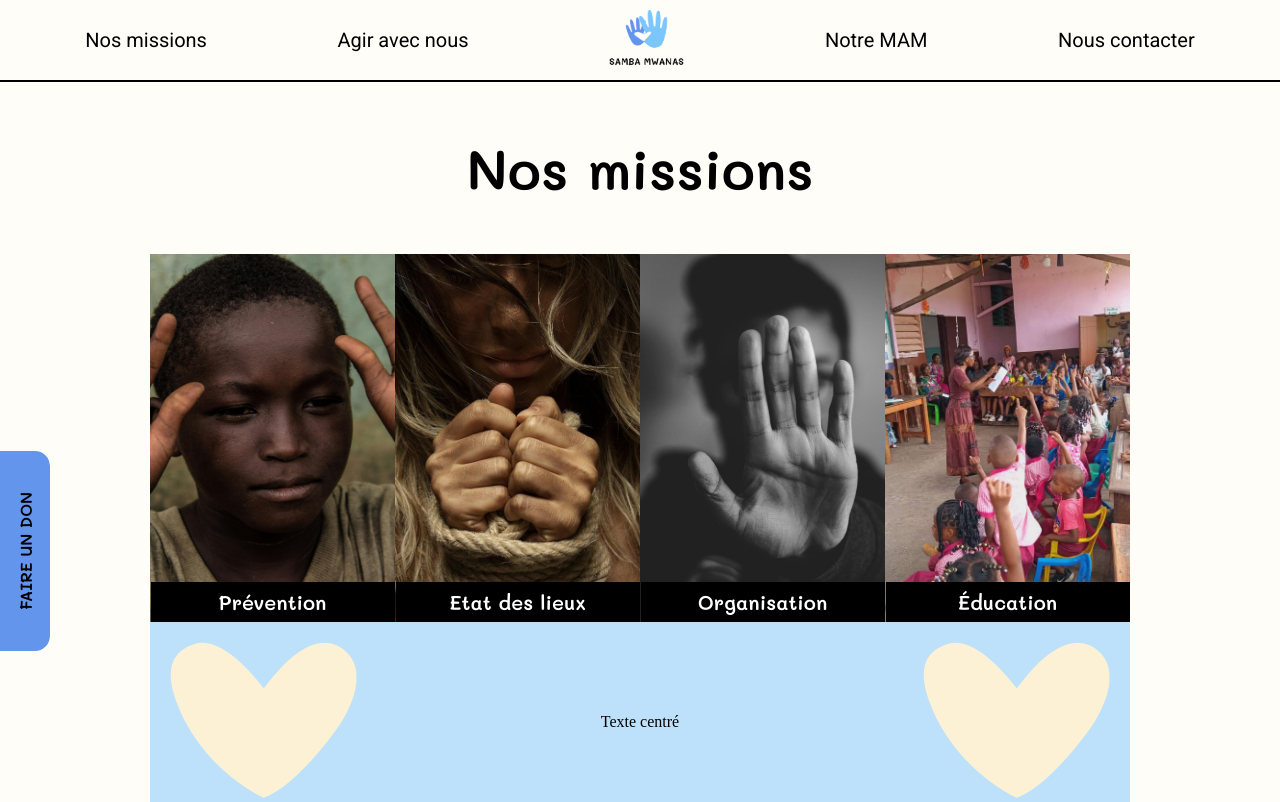
Repository: Danie-lDasilva/Samba-Mwanas
Page: Nos missions.html
The author's editor kept a copy of each file at every save. The page is drawn from the files as they stood at one save, then again after a run of saves.
The browser window is 1280 px wide. The pictures show the part of the page from y = 0 to 802 px (the page is 1537 px tall).
A picture or video elsewhere on the page could not be fetched, so the positions and the page height are approximate.

Above is the page before, as saved 2025-03-07 09:52:15.

### Nos missions.html
<!DOCTYPE html>
<html lang="fr">
<head>
    <meta charset="UTF-8">
    <meta name="viewport" content="width=device-width, initial-scale=1.0">
    <title>Nos Missions</title>
    <link rel="preconnect" href="https://fonts.googleapis.com">
    <link rel="preconnect" href="https://fonts.gstatic.com" crossorigin>
    <link href="https://fonts.googleapis.com/css2?family=Mali:wght@600&family=Roboto:ital,wdth@0,75;1,75&display=swap" rel="stylesheet">

    <link rel="stylesheet" href="assets/css/Nos missions.css">
    <link rel="stylesheet" href="assets/css/style.css">
</head>
<body>
    <header>
        <nav>
            <ul>
                <li>
                    <a href="Nos missions.html">Nos missions</a>
                </li>
                <li>
                    <a href="Agir avec nous.html">Agir avec nous</a>
                </li>
                <li class="Logo">
                    <a href="index.html">
                        <img src="assets/img/Fichier 2.png" alt="Logo Samba Mwanas, retour à l'accueil">
                    </a>
                </li>
                <li>
                    <a href="Notre MAM.html">Notre MAM</a>
                </li>
                <li>
                    <a href="Nous contacter.html">Nous contacter</a>
                </li>
            </ul>
        </nav>
    </header>

    <main>
        <h1>
            Nos missions
        </h1>

        <div class="box1">
            <div class="image-container">
                <img src="assets/img/pexels-kingcyrusstudios-6863137.jpg" alt="Photo d'un enfant de couleur noir qui lève les mains">
                <div class="overlay">Prévention contre toutes formes de violences dirigées contre l'enfant et le jeune</div>
                <strong>
                    Prévention
                </strong>
            </div>
            <div class="image-container">
                <img src="assets/img/engin-akyurt-l1clu1ZKjSw-unsplash.jpg" alt="Photo d'une femme les points ligotés">
                <div class="overlay">Etat des lieux des abus et violences</div>
                <strong>
                    Etat des lieux
                </strong>
            </div>
            <div class="image-container">
                <img src="assets/img/nadine-e-DRzYMtae-vA-unsplash.jpg" alt="">
                <div class="overlay">Organisation de campagne de sensibilisation</div>
                <strong>
                    Organisation
                </strong>
            </div>
            <div class="image-container">
                <img src="assets/img/Leçon Enfantss.jpg" alt="Photo d'une dame qui fait une leçon aux enfants">
                <div class="overlay">Éducation préventive du jeune et de  l'enfant</div>
                <strong>
                    Éducation
                </strong>
            </div>
        </div>

        <div class="custom-box">
            <div class="side1">
                <img src="assets/img/Fichier 3.png" alt="Illustration coeur beige" class="side-image side1">
            </div>
            <p class="center-text">Texte centré</p>
            <div>
                <img src="assets/img/Fichier 3.png" alt="Illustration coeur beige" class="side-image side2">
            </div>
        </div>

        <div class="box2">
            <div class="image-container">
                <img src="assets/img/heping-EZ4dXMnhqkk-unsplash.jpg" alt="">
                <div class="overlay">Accompagnement médical et juridique des victimes </div>
                <strong>
                    Accompagnement
                </strong>
            </div>
            <div class="image-container">
                <img src="assets/img/muhammad-taha-ibrahim-FHe6qW0KX24-unsplash.jpg" alt="Photo en noir et blanc d'une enfant de couleur de peau noir">
                <div class="overlay">Suivi psychologique des victimes (consueling)</div>
                <strong>
                    Suivi
                </strong>
            </div>
            <div class="image-container">
                <img src="assets/img/nadine-e-DRzYMtae-vA-unsplash.jpg" alt="">
                <div class="overlay">Publication et plaidoyer auprès des organisations publiques et privées</div>
                <strong>
                    Publication
                </strong>
            </div>
            <div class="image-container">
                <img src="assets/img/jeffrey-riley-dsN1oZVba48-unsplash.jpg" alt="">
            </div>
        </div>

        <div id="Don" class="Don">
            <a href="https://www.helloasso.com/associations/association-samba-mwanas/formulaires/1">FAIRE UN DON</a>
        </div>
    </main>

    <footer>
        <div class="Footer">

        <div class="FooterInfos">
            <div class="Lien">
                <p class="titre">
                    Navigation
                </p>

                <nav class="InfoMarge">
                    <ul>
                        <li>
                            <a href="Nos missions.html">Nos missions</a>
                        </li>

                        <li>
                            <a href="Agir avec nous.html">Agir avec nous</a>
                        </li>

                        <li>
                            <a href="Notre MAM.html">Notre MAM</a>
                        </li>

                        <li>
                            <a href="Nous contacter.html">Nous contacter</a>
                        </li>
                    </ul>
                </nav>
            </div>

            <div class="Lien">
                <p class="titre">
                    Informations
                </p>

                <nav>
                    <ul>
                        <li>
                            <a href="Politique de confidentialité.html">Politique de confidentialité</a>
                        </li>

                        <li>
                            <a href="Plan du site.html">Plan du site</a>
                        </li>

                        <li>
                            <a href="Mentions légales.html">Mentions légales</a>
                        </li>
                    </ul>
                </nav>
            </div>
        </div>

        <div class="FooterCentre">
            <div class="FooterDon">
                <a href="https://www.helloasso.com/associations/association-samba-mwanas/formulaires/1">Faire un don</a>
            </div>

            <div class="FooterLogo">
                <img src="assets/img/LOGO_Logo principal.svg" alt="Logo Samba Mwanas, Retour à l'acceuil">
            </div>
        </div>

        <div class="FooterInfos">
            <nav class="FooterRéseaux">
                <ul>
                    <li>
                        <a href="https://www.facebook.com/Sambamwanas?locale=fr_FR">
                            <img src="assets/img/facebook.png" alt="Logo facebook, Lien vers le facebook de Samba Mwanas">
                        </a>
                    </li>

                    <li>
                        <a href="https://www.tiktok.com/@ong.samba.mwanas">
                            <img src="assets/img/instagram.png" alt="Logo instagram, Lien vers la page instagram de Samba Mwanas">
                        </a>
                    </li>

                    <li>
                        <a href="#">
                            <img src="assets/img/tik-tok.png" alt="Logo tiktok, Lien vers la page Tiktok de Samba Mwanas">
                        </a>
                    </li>
                </ul>
            </nav>

            <p>
                ong.sambamwanas@gmail.com
            </p>


            <div class="FooterContact">
                <div>
                    <img src="assets/img/france.png" alt="Drapeau de France" class="FooterDrapeau">
                </div>

                <div>
                    <p>
                        07 53 14 03 90
                    </p>

                    <p>
                        3 Rue de la Rosière, <br>
                        Bâtiment C, Appartement 9 <br>
                        33320 Eysines
                    </p>
                </div>
            </div>

            <div class="FooterContact">
                <div>
                    <img src="assets/img/gabon.png" alt="Drapeau du gabon" class="FooterDrapeau">
                </div>

                <div>
                    <p>
                        +241 07 56 07 59
                    </p>

                    <p>
                        Quartier PK12, BP 5704 Libreville, <br>
                        Gabon

                    </p>
                </div>
            </div>
        </div>

    </div>
    </footer>
</body>
</html>

### assets/css/Nos missions.css
main {
    padding-left: 150px;
    padding-right: 150px;
    margin-bottom: 80px;
}

h1 {
    font-family: "Mali", cursive;
    font-weight: 600;
    font-style: normal;
    font-size: 55px;
    text-align: center;
    margin-bottom: 50px;
    margin-top: 50px;
}

.box1, .box2 {
    display: flex;
    flex-wrap: nowrap;
    justify-content: space-between;
    margin-bottom: 0;
}

.image-container {
    position: relative;
    overflow: hidden;
    flex: 1;
}

.image-container img {
    width: 100%;
    height: 100%;
    display: block;
    object-fit: cover;
    transition: transform 0.3s ease;
}

.image-container .overlay {
    position: absolute;
    top: 0;
    left: 0;
    width: 100%;
    height: 100%;
    background-color: rgba(0, 0, 0, 0.5);
    opacity: 0;
    transition: opacity 0.3s ease;
    display: flex;
    justify-content: center;
    align-items: center;
    color: white;
    font-size: 1.5em;
    text-align: center;
    padding: 20px;
    box-sizing: border-box;
    font-family: "Roboto", sans-serif;
}

.image-container:hover img {
    transform: scale(1.1);
}

.image-container:hover .overlay {
    opacity: 1;
}

.box1 .image-container:hover strong,
.box2 .image-container:hover strong {
    display: none;
}

.box1 .image-container strong,
.box2 .image-container strong {
    position: absolute;
    bottom: 0;
    left: 50%;
    transform: translateX(-50%);
    color: white;
    background-color: rgba(0, 0, 0, 1);
    padding: 5px;
    margin: 0;
    width: calc(100% - 11px);
    height: 30px;
    display: flex;
    justify-content: center;
    align-items: center;
    font-family: "Mali", cursive;
    font-weight: 600;
    font-style: normal;
    font-size: 20px;
    text-align: center;
}

.custom-box {
    display: flex;
    align-items: center;
    justify-content: space-between;
    width: 100%;
    height: 200px;
    background-color: #BDE1FA;
    padding: 20px;
    box-sizing: border-box;
    margin-top: 0;
}

.side-image {
    height: 50%;
    width: auto;
}

.center-text {
    flex: 1;
    text-align: center;
    margin: 0 20px;
}

/* Responsive */
@media (max-width: 1200px) {
    main {
        padding-left: 100px;
        padding-right: 100px;
    }
}

@media (max-width: 900px) {
    main {
        padding-left: 50px;
        padding-right: 50px;
    }
}

@media (max-width: 600px) {
    main {
        padding-left: 20px;
        padding-right: 20px;
    }
    .box1, .box2 {
        flex-wrap: wrap;
    }
    .image-container {
        flex: 0 0 100%;
        margin-bottom: 0;
        height: auto;
        padding-bottom: 75%;
    }
}

Loaded but not shown: assets/css/style.css (782 lines, source omitted)

After the next 2 saves:
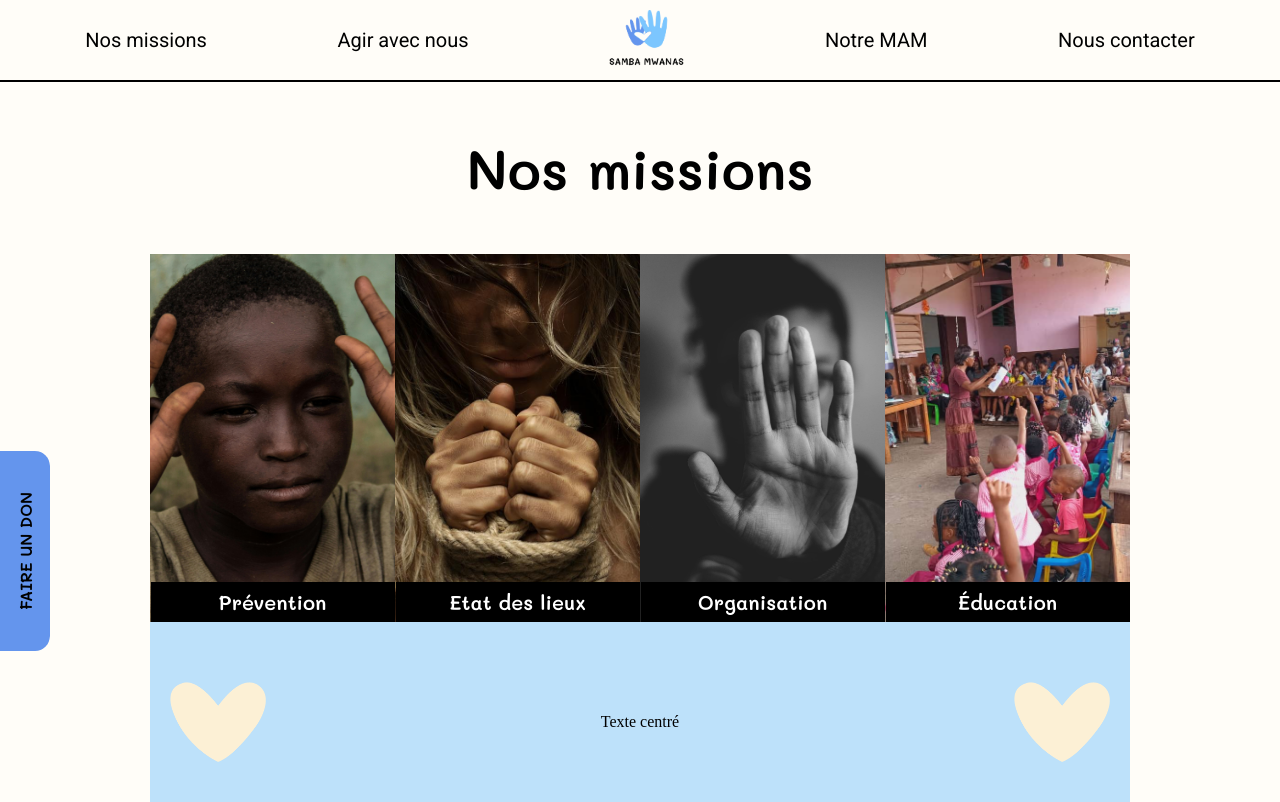
The 2 saves are shown as one change because they came seconds apart.
The last was saved 16 s later.
--- a/Nos missions.html
+++ b/Nos missions.html
@@ -73,13 +73,9 @@
         </div>
 
         <div class="custom-box">
-            <div class="side1">
-                <img src="assets/img/Fichier 3.png" alt="Illustration coeur beige" class="side-image side1">
-            </div>
+            <img src="assets/img/Fichier 3.png" alt="Illustration coeur beige" class="side-image side1">
             <p class="center-text">Texte centré</p>
-            <div>
-                <img src="assets/img/Fichier 3.png" alt="Illustration coeur beige" class="side-image side2">
-            </div>
+            <img src="assets/img/Fichier 3.png" alt="Illustration coeur beige" class="side-image side2">
         </div>
 
         <div class="box2">
